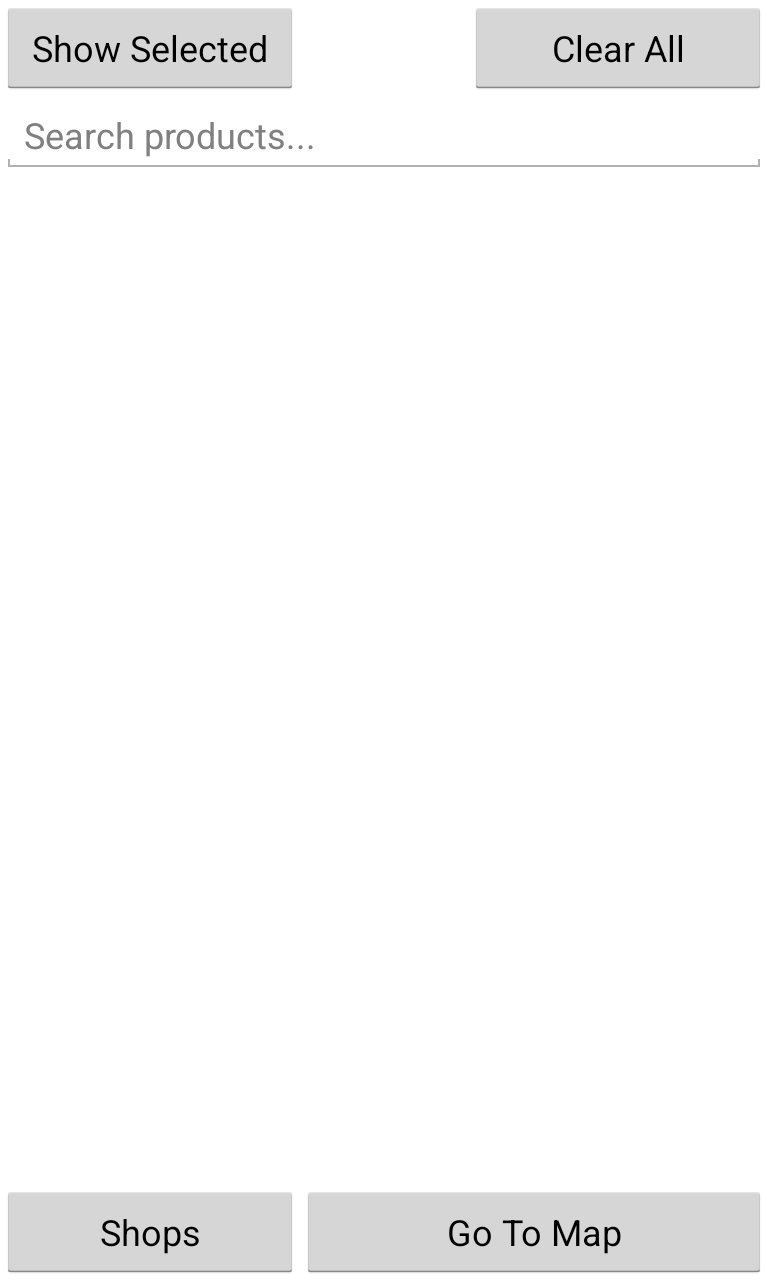
Repository: ernopp/ShopMap
Layout: Shop_Map/res/layout/activity_main.xml
These files come from the project's save history. The layout is drawn as it stood at one moment and after the next save; the edit follows.
It is drawn on a 768 x 1280 px phone screen (xhdpi) without system bars, with theme AppTheme; the app's code is not run. Lists and similar views that code fills are empty.

Above is the layout before, as saved 2013-03-22 19:15:38.

After the next save:
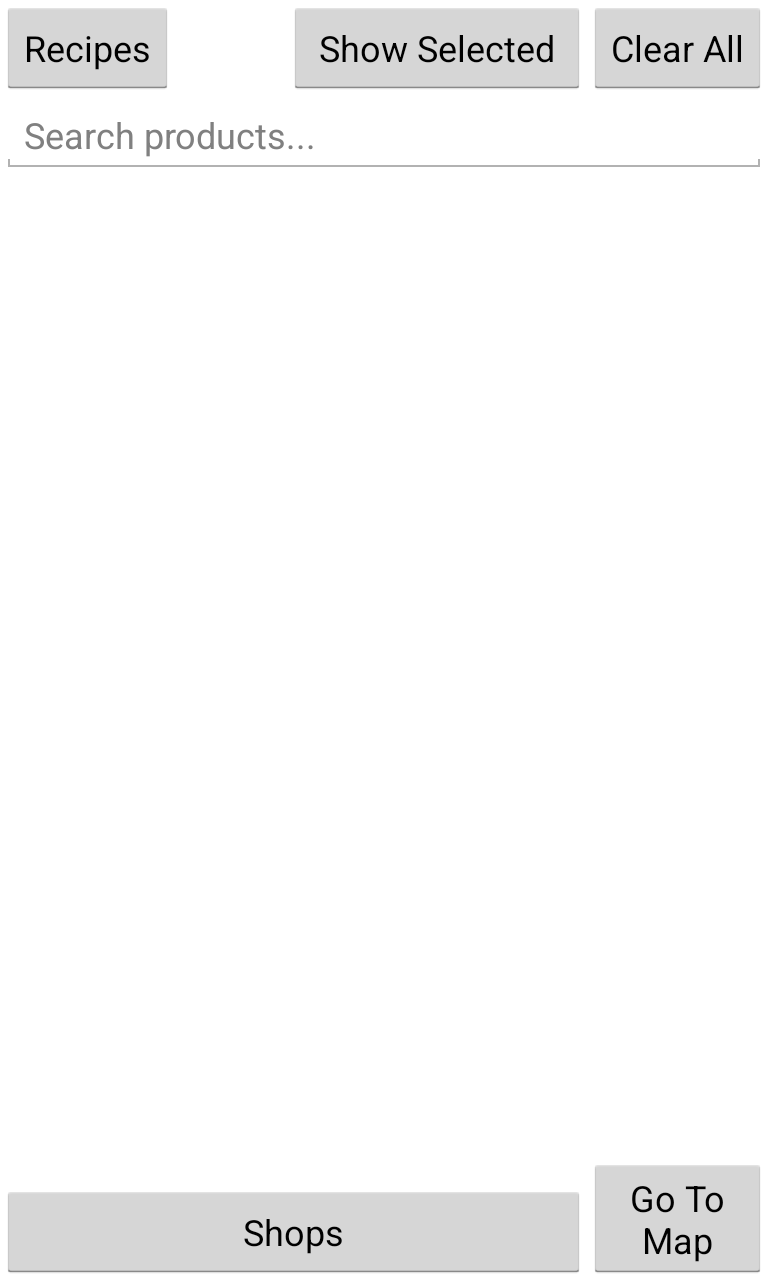
Saved 4 min 44 s later.
--- a/Shop_Map/res/layout/activity_main.xml
+++ b/Shop_Map/res/layout/activity_main.xml
@@ -15,21 +15,9 @@
         android:hint="@string/search_hint"
         android:inputType="textVisiblePassword" />
     <!-- Show Items Button -->
-    <Button
-        android:id="@+id/button1"
-        android:layout_width="150sp"
-        android:layout_height="wrap_content"
-        android:layout_alignParentLeft="true"
-        android:layout_alignParentTop="true"
-        android:text="@string/show_items" />
+
 	<!-- Clear All Button -->
-	<Button
-	    android:id="@+id/button3"
-	    android:layout_width="150sp"
-	    android:layout_height="wrap_content"
-	    android:layout_alignParentRight="true"
-	    android:layout_alignParentTop="true"
-	    android:text="@string/clear_all" />
+
 	<!-- Go To Map Button -->
 
     <Button
@@ -61,4 +49,29 @@
         android:layout_alignRight="@+id/button1"
         android:text="Shops" />
 
+    <Button
+        android:id="@+id/button3"
+        android:layout_width="wrap_content"
+        android:layout_height="wrap_content"
+        android:layout_alignParentRight="true"
+        android:layout_alignParentTop="true"
+        android:text="Clear All" />
+
+    <Button
+        android:id="@+id/button1"
+        android:layout_width="150sp"
+        android:layout_height="wrap_content"
+        android:layout_alignParentTop="true"
+        android:layout_toLeftOf="@+id/button3"
+        android:layout_toRightOf="@+id/button4"
+        android:text="@string/show_items" />
+
+    <Button
+        android:id="@+id/showRecipes"
+        android:layout_width="wrap_content"
+        android:layout_height="wrap_content"
+        android:layout_alignParentLeft="true"
+        android:layout_alignParentTop="true"
+        android:text="Recipes" />
+
 </RelativeLayout>
